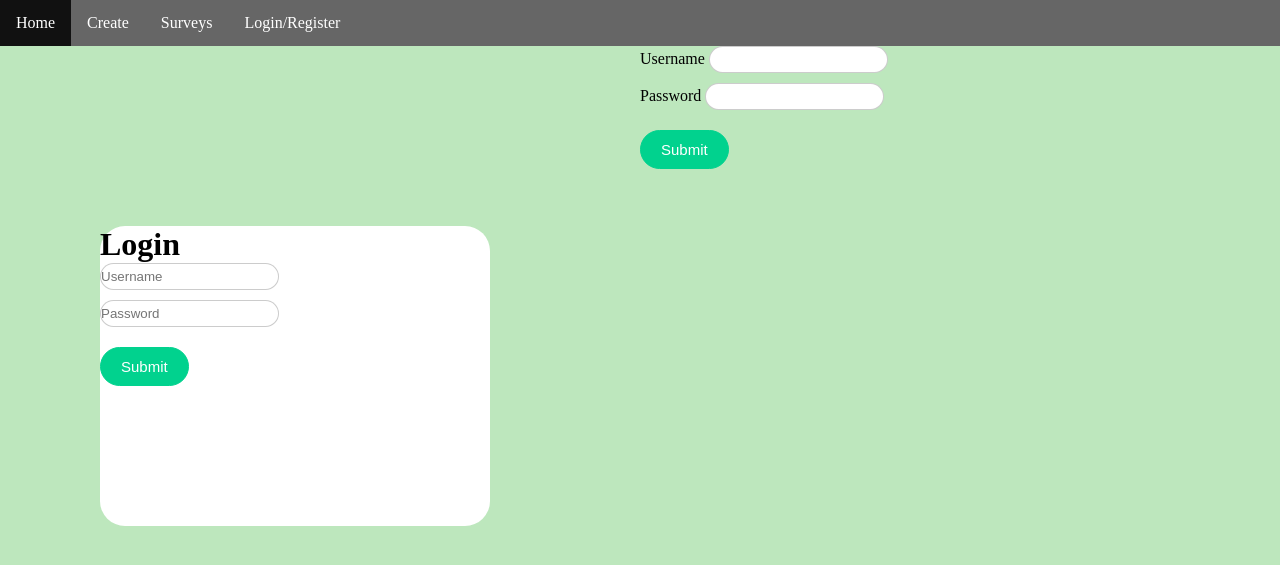
Repository: cakuang1/QuickSurveyReact
Page: /login
These files come from the project's save history. The page is drawn as it stood at one moment and after the next save; the edit follows.
The browser window is 1280 px wide. The pictures show the whole page.
The project was rebuilt for these pictures with package versions that can differ from the ones it lists, and the page was loaded fresh each time. Also part of the build but not shown: src/pages/create.js, src/pages/home.js, src/pages/pastsurveys.js.

Above is the page before, as saved 2022-07-21 14:36:05.

After the next save:
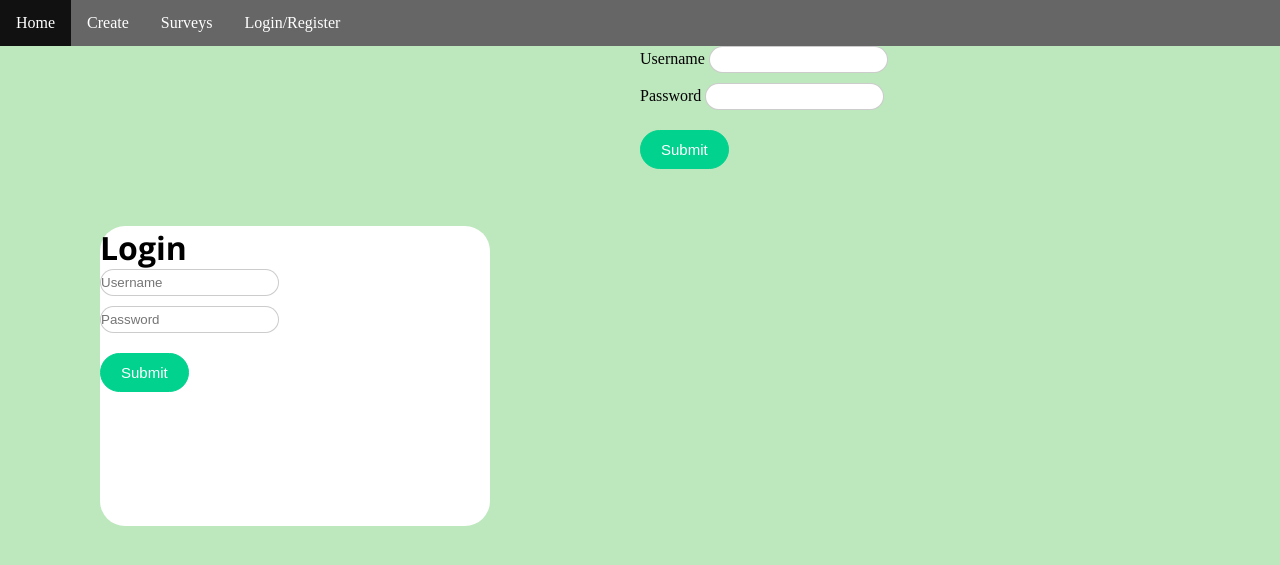
Saved 4 s later.
--- a/src/pages/login.css
+++ b/src/pages/login.css
@@ -16,7 +16,7 @@
     margin: 180px 150px 0px 100px;
     height: 300px;
     border-radius: 25px;
-
+    font-family: 'Open Sans', sans-serif;
 
 }
 

After the save that followed:
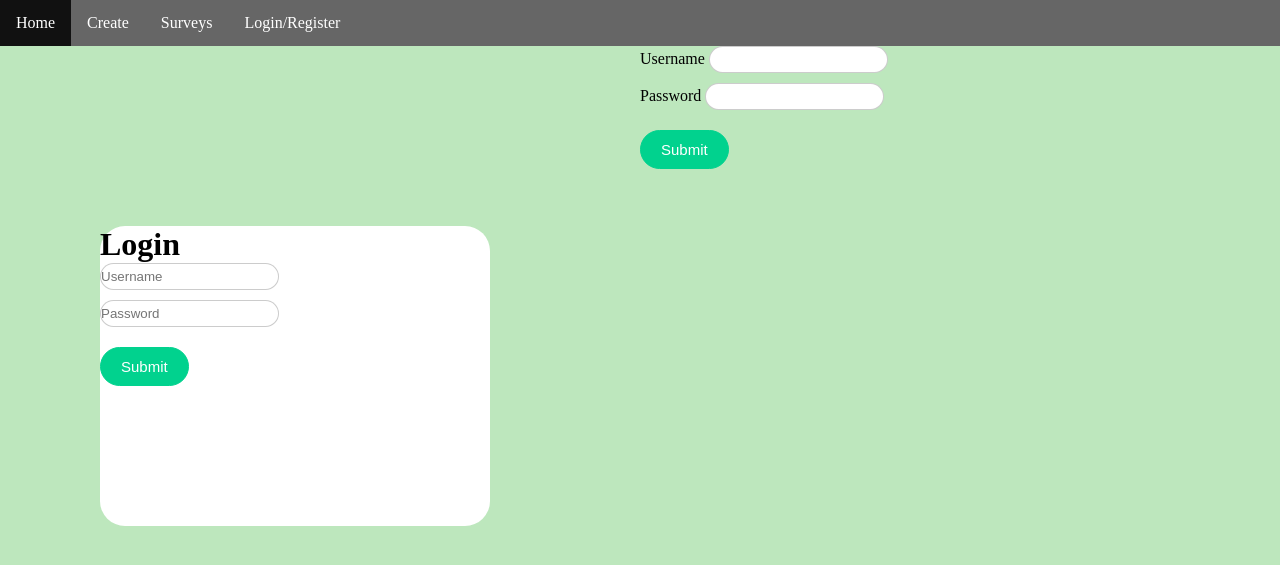
Saved 6 s later.
--- a/src/pages/login.css
+++ b/src/pages/login.css
@@ -16,7 +16,7 @@
     margin: 180px 150px 0px 100px;
     height: 300px;
     border-radius: 25px;
-    font-family: 'Open Sans', sans-serif;
+
 
 }
 
